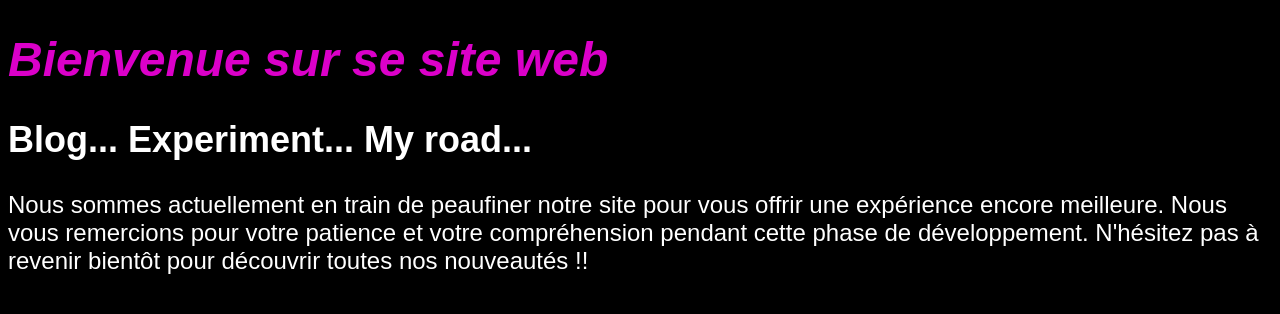
Repository: ValetteEvan/PersonalWebApp
Page: index.html
The author's editor kept a copy of each file at every save. The page is drawn from the files as they stood at one save, then again after the next save.
The browser window is 1280 px wide. The pictures show the whole page.

Above is the page before, as saved 2025-01-07 17:52:00.

### index.html
<!DOCTYPE html>
<html>

    <head>
        <meta charset="utf-8" />
        <title>Valette Evan</title>
        <link href="style.css" rel="stylesheet">
        <link rel="font_original" href="https://fonts.googleapis.com">
    </head>

    <body>
        <div class="webGlobal">
            <h1>Bienvenue sur se site web</h1>
            <h2>Blog... Experiment... My road...</h2>
                <p class="firstParagraph">Nous sommes actuellement en train de peaufiner notre site pour
                 vous offrir une expérience encore meilleure. Nous vous remercions
                 pour votre patience et votre compréhension pendant cette phase de
                 développement. N'hésitez pas à revenir bientôt pour découvrir toutes nos nouveautés !!
                </p>
        </div>
    </body>
</html>

### style.css

body{

    background-color: black;
}
.webGlobal{
    font-family:'font_original',sans-serif;
    font-size: 1.5em;
    color: rgb(255, 255, 255);
}

h1 {
   font-style:italic;
    color: rgb(219, 0, 201);
    /*text-decoration: underline;*/
}

After the next save:
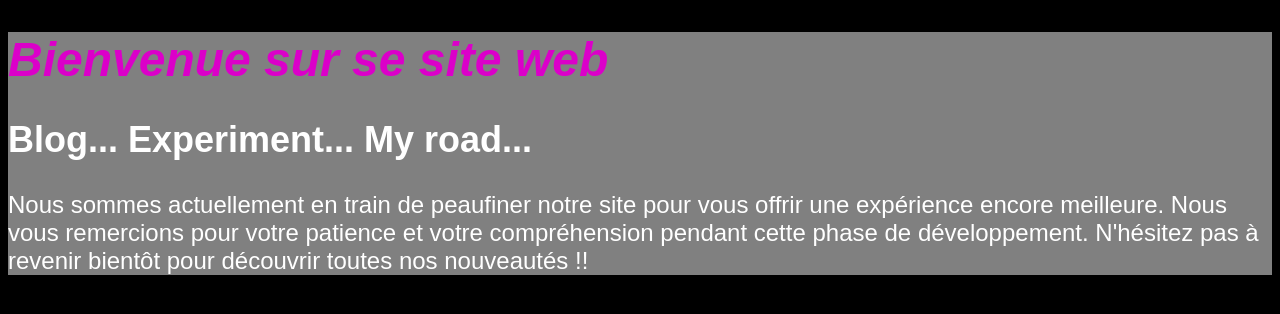
Saved 22 s later.
--- a/style.css
+++ b/style.css
@@ -4,6 +4,7 @@ body{
     background-color: black;
 }
 .webGlobal{
+    background-color: grey;
     font-family:'font_original',sans-serif;
     font-size: 1.5em;
     color: rgb(255, 255, 255);
